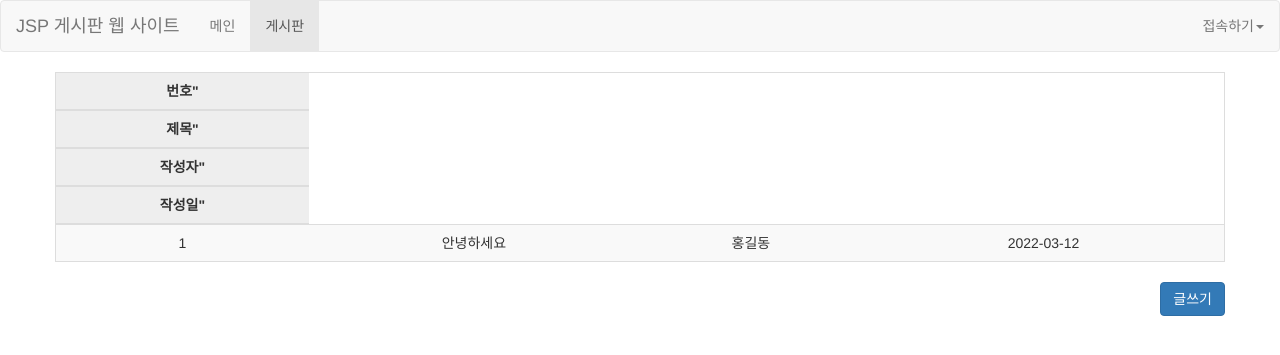
Repository: kkdk1116/JSP_Test
Page: http://localhost/BBS/bbs.jsp
The author's editor kept a copy of each file at every save. The page is drawn from the files as they stood at one save, then again after the next save.
The browser window is 1280 px wide. The pictures show the whole page.
Some web libraries are served in a nearby version. The page is served by Tomcat 9. Other server files are loaded and not shown.

Above is the page before, as saved 2022-03-12 03:42:20.

### BBS/WebContent/bbs.jsp
<%@ page language="java" contentType="text/html; charset=UTF-8"
    pageEncoding="UTF-8"%>
<%@ page import="java.io.PrintWriter" %>
<!DOCTYPE html>
<html>
<head>
<meta charset="UTF-8">
<meta name="viewport" content="width=device-width", initial-scale="1">
<link rel="stylesheet" href="css/bootstrap.min.css">
<title>JSP 게시판 웹 사이트</title>
</head>
<body>
	<%
		String userID = null;
		if(session.getAttribute("userID") != null) {
			userID = (String) session.getAttribute("userID");
		}
	%>
	<nav class="navbar navbar-default">
  		<div class="navbar-header">
   			<button type="button" class="navbar-toggle collapsed"
  				data-toggle="collapse" data-target="#bs-example-navbar-collapse-1"
    			aria-expanded="false">
    			<span class="icon-bar"></span>
    			<span class="icon-bar"></span>
    			<span class="icon-bar"></span>
  			</button>
  			<a class="navbar-brand" href="main.jsp">JSP 게시판 웹 사이트</a>
		</div>
		<div class="collapse navbar-collapse" id="bs-example-navbar-collapse-1">
			<ul class="nav navbar-nav">
				<li><a href="main.jsp">메인</a></li>
				<li class="active"><a href="bbs.jsp">게시판</a></li>
			</ul>
			<%
				if(userID == null) {
			%>
			<ul class="nav navbar-nav navbar-right">
				<li class="dropdown">
					<a href="#" class="dropdown-toggle"
						data-toggle="dropdown" role="button" aria-haspopup="true"
						aria-expanded="false">접속하기<span class="caret"></span></a>
					<ul class="dropdown-menu">
						<li><a href="login.jsp">로그인</a></li>
						<li><a href="join.jsp">회원가입</a></li>
					</ul>
				</li>
			</ul>
			<%
				} else {
			%>
			<ul class="nav navbar-nav navbar-right">
				<li class="dropdown">
					<a href="#" class="dropdown-toggle"
						data-toggle="dropdown" role="button" aria-haspopup="true"
						aria-expanded="false">회원관리<span class="caret"></span></a>
					<ul class="dropdown-menu">
						<li><a href="logoutAction.jsp">로그아웃</a></li>
					</ul>
				</li>
			</ul>
			<%
				}
			%>
		</div>
	</nav>
	<div class="container">
		<div class="row">
			<table class="table table-striped" style="text-align: center; border: 1px solid #dddddd">
				<thead>
					<tr>
						<th style="background-color: #eeeeee; text-align: center;">번호"</tr>
						<th style="background-color: #eeeeee; text-align: center;">제목"</tr>
						<th style="background-color: #eeeeee; text-align: center;">작성자"</tr>
						<th style="background-color: #eeeeee; text-align: center;">작성일"</tr>
				</thead>
				<tbody>
					<tr>
						<td>1</td>
						<td>안녕하세요</td>
						<td>홍길동</td>
						<td>2022-03-12</td>
					</tr>
				</tbody>
			</table>
			<a href="write.jsp" class="btn btn-primary pull-right">글쓰기</a>
		</div>
	</div>
	<script src="https://code.jquery.com/jquery-3.1.1.min.js"></script>
	<script src="js/bootstrap.js"></script>
</body>
</html>

Loaded but not shown: BBS/WebContent/css/bootstrap.min.css (library); BBS/WebContent/js/bootstrap.js (library)

After the next save:
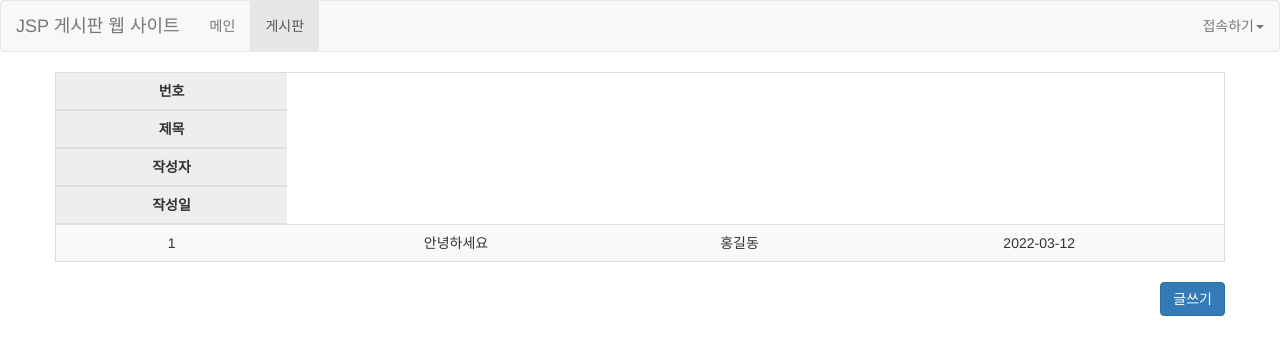
Saved 107 s later.
--- a/BBS/WebContent/bbs.jsp
+++ b/BBS/WebContent/bbs.jsp
@@ -69,10 +69,10 @@
 			<table class="table table-striped" style="text-align: center; border: 1px solid #dddddd">
 				<thead>
 					<tr>
-						<th style="background-color: #eeeeee; text-align: center;">번호"</tr>
-						<th style="background-color: #eeeeee; text-align: center;">제목"</tr>
-						<th style="background-color: #eeeeee; text-align: center;">작성자"</tr>
-						<th style="background-color: #eeeeee; text-align: center;">작성일"</tr>
+						<th style="background-color: #eeeeee; text-align: center;">번호</tr>
+						<th style="background-color: #eeeeee; text-align: center;">제목</tr>
+						<th style="background-color: #eeeeee; text-align: center;">작성자</tr>
+						<th style="background-color: #eeeeee; text-align: center;">작성일</tr>
 				</thead>
 				<tbody>
 					<tr>
